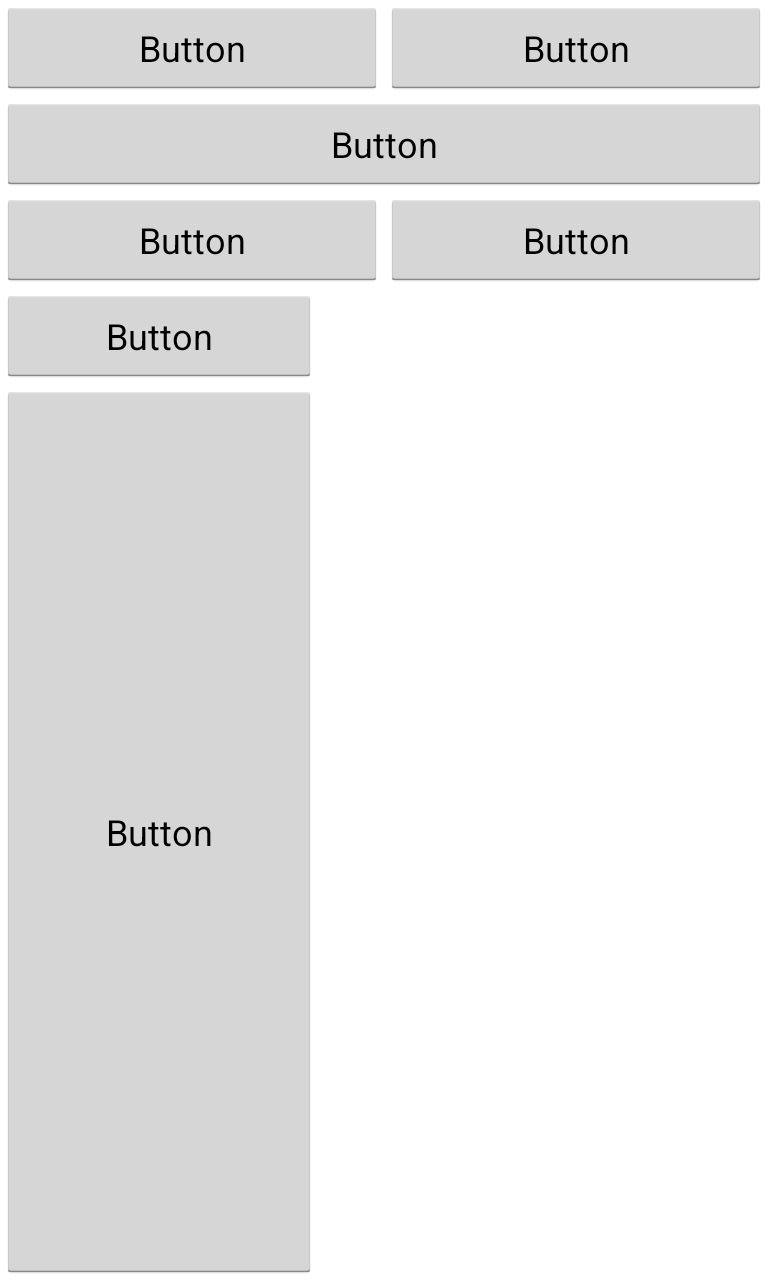
Repository: JaviInf/AndroidEjercicios
Layout: EjercicioLinearLayout/res/layout/activity_linear.xml
An editor plug-in stored every save of this project. The layout is shown before and after the next save, followed by the edit.
It is drawn on a 768 x 1280 px phone screen (xhdpi) without system bars, with theme AppTheme; the app's code is not run.

Above is the layout before, as saved 2014-05-06 11:32:15.

After the next save:
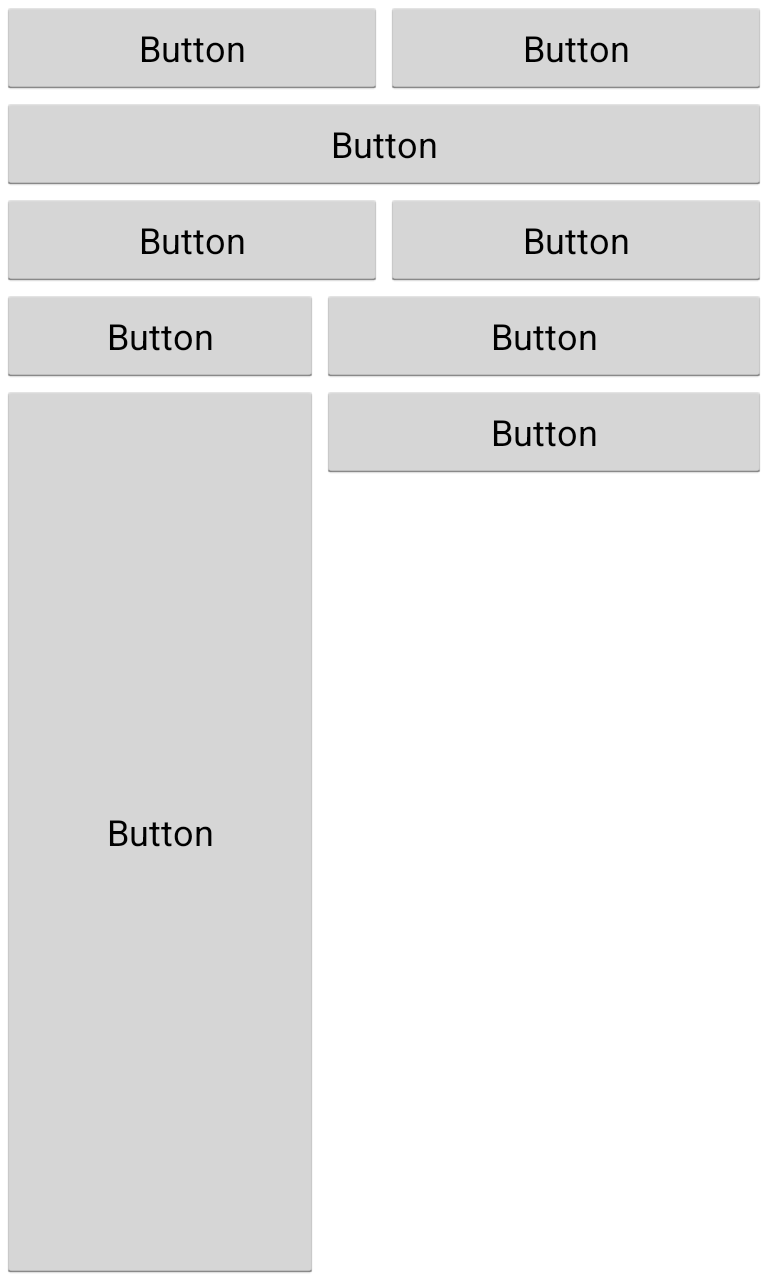
Saved 19 h 19 min later.
--- a/EjercicioLinearLayout/res/layout/activity_linear.xml
+++ b/EjercicioLinearLayout/res/layout/activity_linear.xml
@@ -57,21 +57,47 @@
         </LinearLayout>
 
         <LinearLayout
-            android:layout_width="159dp"
-            android:layout_height="match_parent"
-            android:orientation="vertical" >
+            android:layout_width="match_parent"
+            android:layout_height="match_parent" >
 
-            <Button
-                android:id="@+id/button6"
-                android:layout_width="match_parent"
-                android:layout_height="wrap_content"
-                android:text="Button" />
+            <LinearLayout
+                android:layout_width="160dp"
+                android:layout_height="match_parent"
+                android:orientation="vertical" >
 
-            <Button
-                android:id="@+id/button7"
+                <Button
+                    android:id="@+id/button6"
+                    android:layout_width="fill_parent"
+                    android:layout_height="wrap_content"
+                    android:text="Button" />
+
+                <Button
+                    android:id="@+id/button8"
+                    android:layout_width="match_parent"
+                    android:layout_height="match_parent"
+                    android:text="Button" />
+
+            </LinearLayout>
+
+            <LinearLayout
                 android:layout_width="match_parent"
                 android:layout_height="match_parent"
-                android:text="Button" />
+                android:orientation="vertical" >
+
+                <Button
+                    android:id="@+id/button7"
+                    android:layout_width="match_parent"
+                    android:layout_height="wrap_content"
+                    android:layout_weight="0"
+                    android:text="Button" />
+
+                <Button
+                    android:id="@+id/button9"
+                    android:layout_width="match_parent"
+                    android:layout_height="wrap_content"
+                    android:text="Button" />
+
+            </LinearLayout>
 
         </LinearLayout>
 
